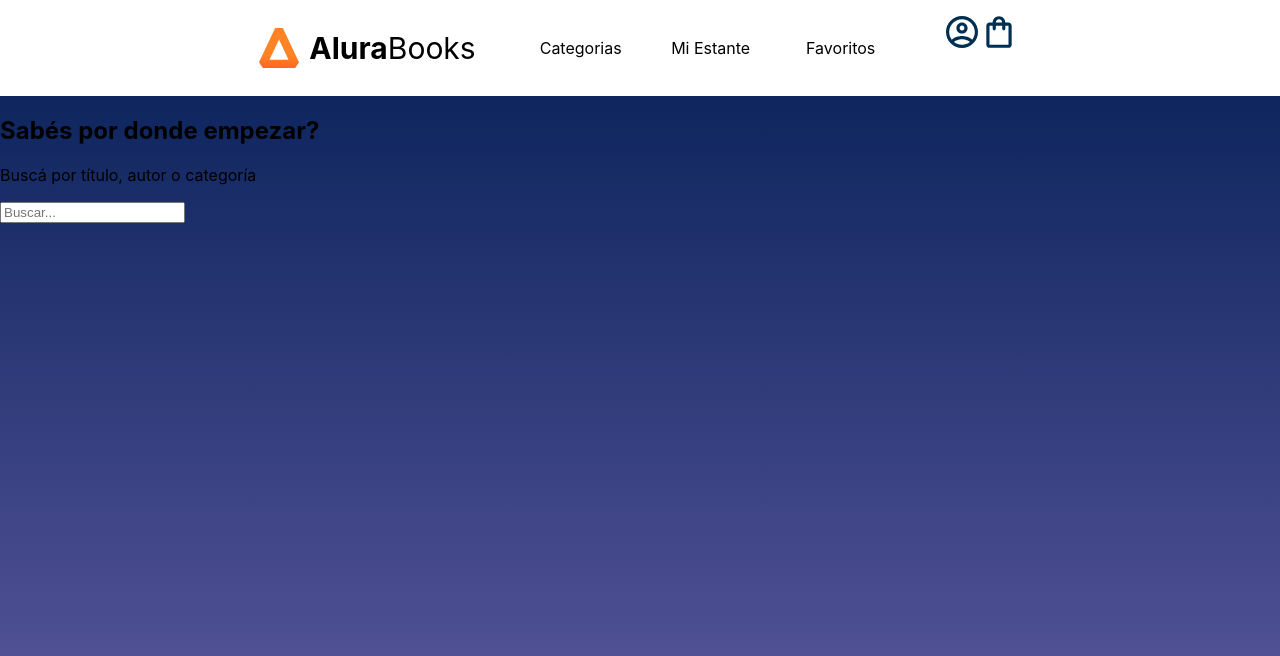
Repository: SandroG1977/Alura.Books
Page: /
The author's editor kept a copy of each file at every save. The page is drawn from the files as they stood at one save, then again after the next save.
The browser window is 1280 px wide. The pictures show the whole page.
The project was rebuilt for these pictures with package versions that can differ from the ones it lists, and the page was loaded fresh each time.

Above is the page before, as saved 2026-04-08 22:11:25.

After the next save:
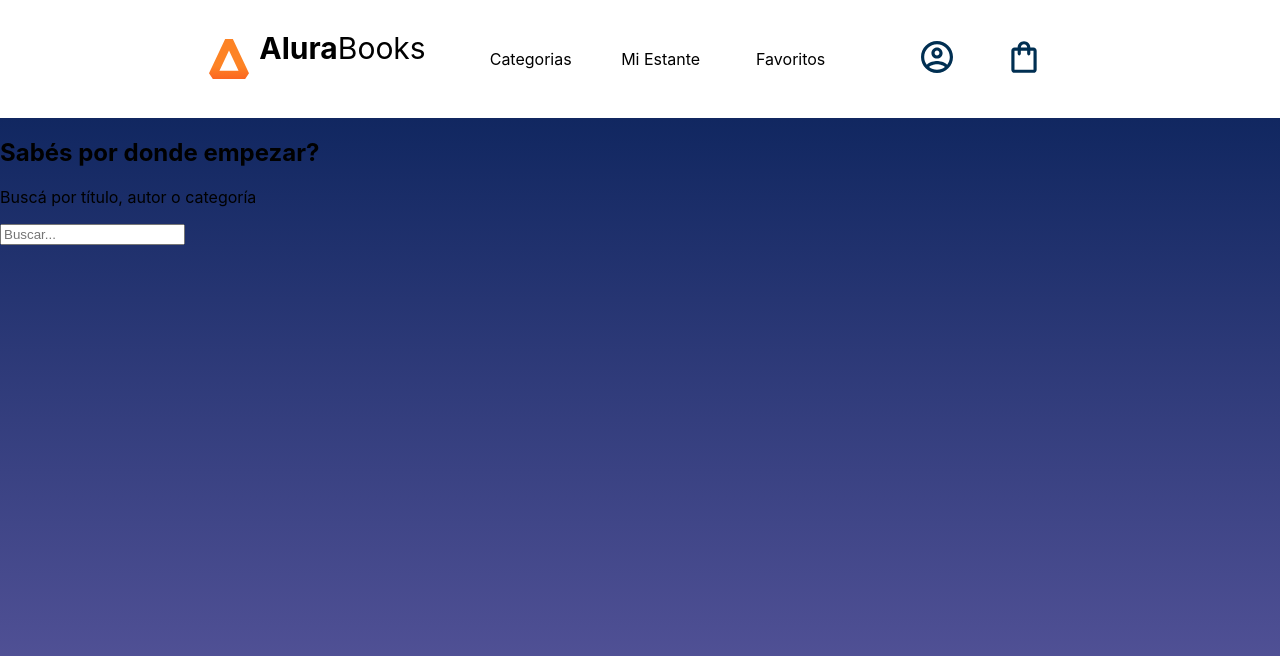
Saved 13 s later.
--- a/src/components/IconosHeader/index.js
+++ b/src/components/IconosHeader/index.js
@@ -10,7 +10,7 @@
 
 const Icono = styled.li`
     width: 40px;
-    margin - right: 25px;
+    margin: 25px;
 `;
 
 const iconosOpciones = [perfil, carrito];
